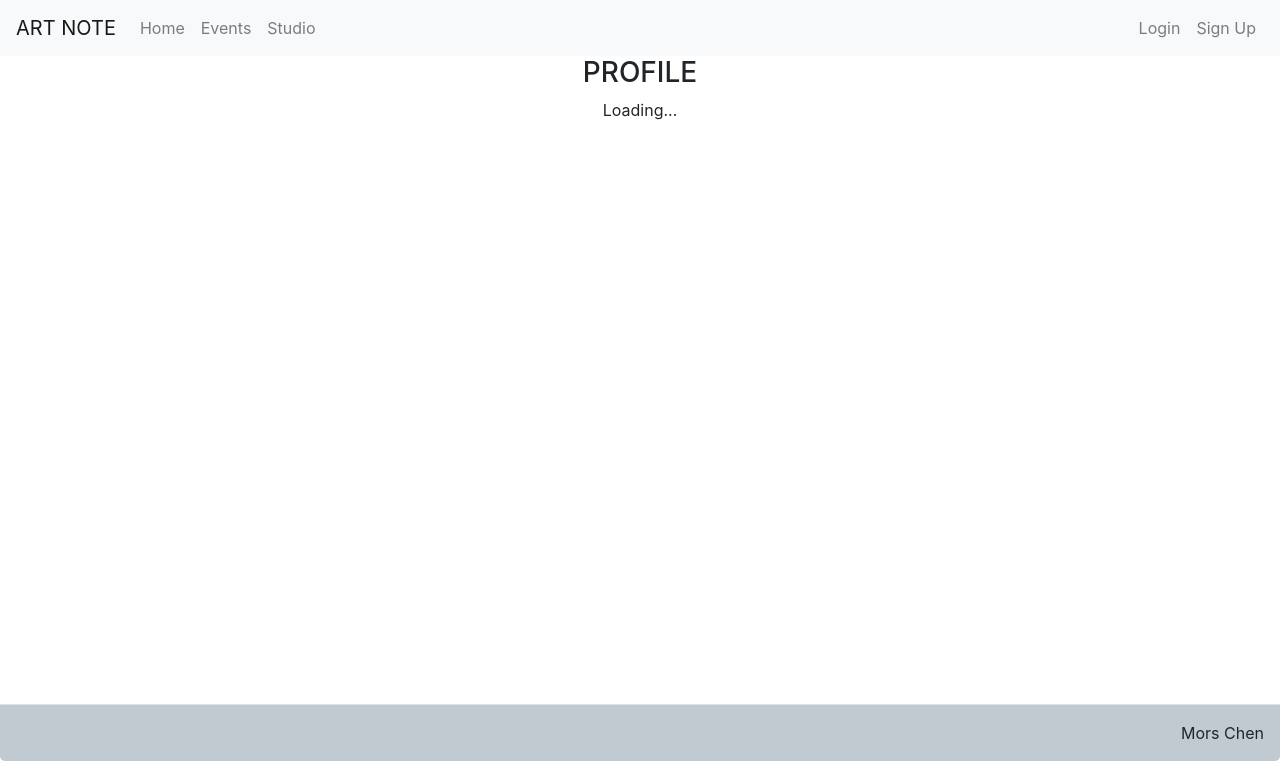
Repository: MorsChen/Final-Client
Page: /profile (app in client-app/)
The author's editor kept a copy of each file at every save. The page is drawn from the files as they stood at one save, then again after the next save.
The browser window is 1280 px wide. The pictures show the whole page.
The page's requests for data from a server got no answer. The project was rebuilt for these pictures with package versions that can differ from the ones it lists, and the page was loaded fresh each time. No one was signed in, and anything a server would have sent is missing. Also part of the build but not shown: client-app/src/page/Home.js, client-app/src/page/SignUp.js, client-app/src/page/Login.js.

Above is the page before, as saved 2019-10-01 14:59:23.

After the next save:
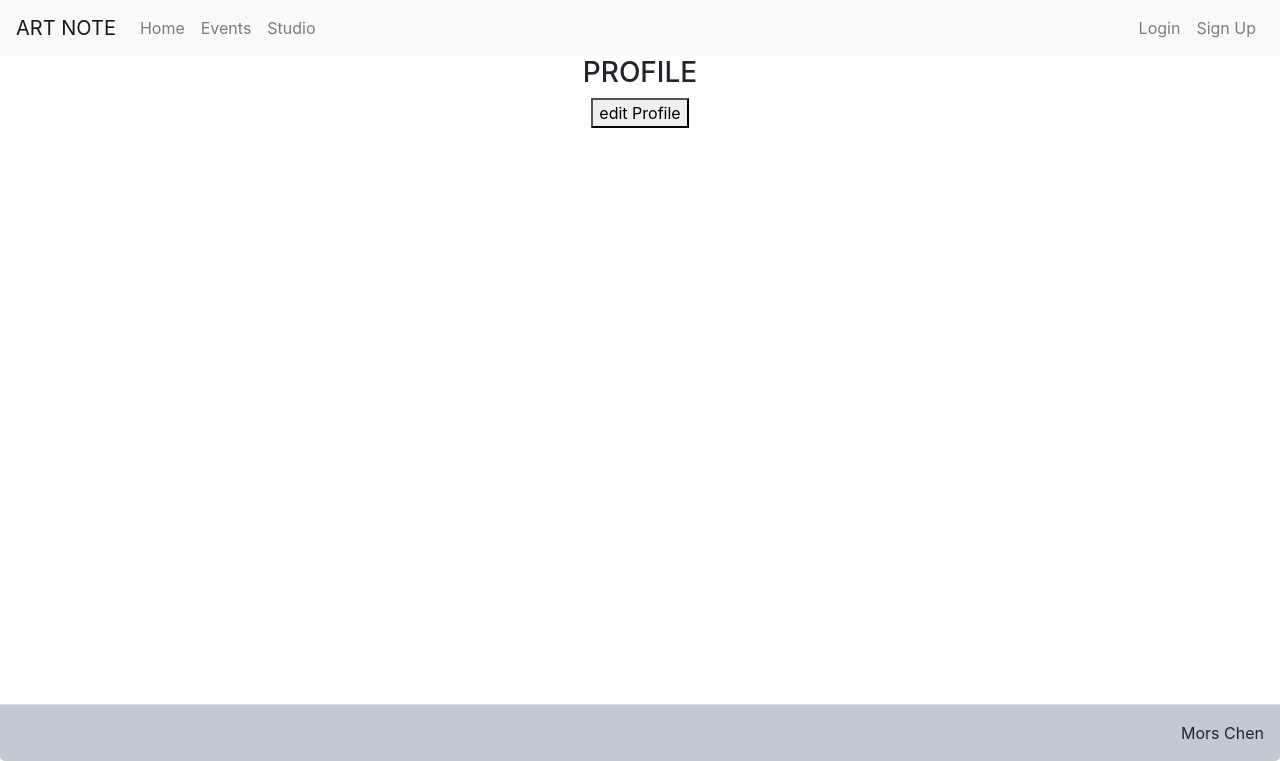
Saved 73 s later.
--- a/client-app/src/page/Profile.js
+++ b/client-app/src/page/Profile.js
@@ -1,4 +1,5 @@
 import React, {Component} from "react";
+import { Button } from "react-bootstrap";
 export default class Profile extends Component {
     constructor(props) {
         super(props);
@@ -44,13 +45,14 @@
         return [
             <div className="FullContent">
                 <h3>PROFILE</h3>
-                {this.state.isLoaded ? <> <p>User Name : {this.state.userinfo.username}</p>
+                {this.state.isUserinfo ? <> {this.state.isLoaded ? <> <p>User Name : {this.state.userinfo.username}</p>
                 <p>Full Name: {this.state.userinfo.firstname} {this.state.userinfo.lastname}</p>
                 <p>Birthday: {this.state.userinfo.birthday}</p>
                 <p>Email : {this.state.userinfo.email}</p>
                 <p>Phone: {this.state.userinfo.phone}</p>
                 <p>Address: {this.state.userinfo.address}, district {this.state.userinfo.state}, {this.state.userinfo.city} city</p>
-                <p>Zipcode : {this.state.userinfo.zipcode}</p> </> : <div>Loading...</div>}
+                <p>Zipcode : {this.state.userinfo.zipcode}</p> </> : <div>Loading...</div>} </> : <><button>edit Profile</button></>}
+
 
             </div>
         ]

After the 3 saves that followed:
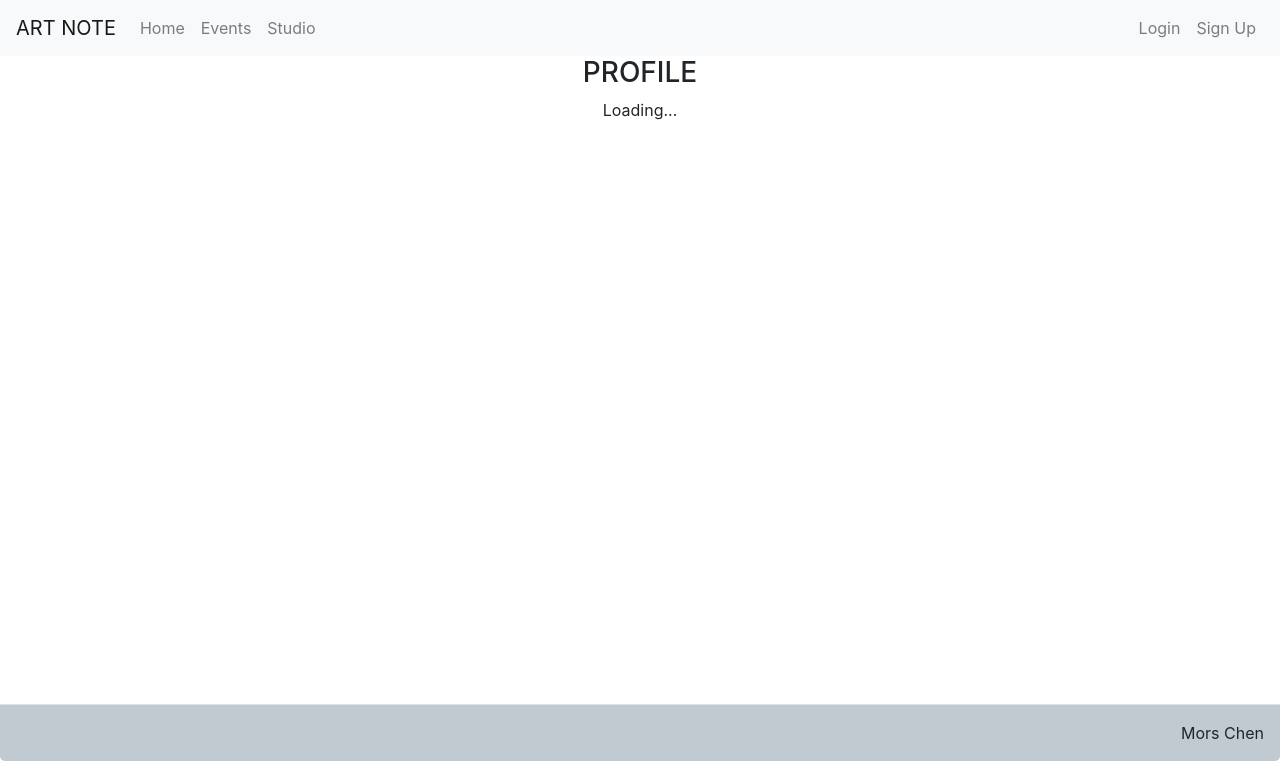
The 3 saves are shown as one change because 2 left the picture as it was.
The last was saved 2 min 9 s later.
--- a/client-app/src/page/Profile.js
+++ b/client-app/src/page/Profile.js
@@ -3,7 +3,7 @@
 export default class Profile extends Component {
     constructor(props) {
         super(props);
-        this.state = {...props, isLoaded : false, isUserinfo: false};
+        this.state = {...props, isLoaded : false, isUserinfo: true};
         console.log("check props Profile", this.state)
       }
     componentDidMount(){
@@ -36,8 +36,10 @@
                 phone: data.user.phone,
             },
                 isLoaded: true,
-                isUserinfo: true
-            })
+            });
+            if (data.user === null){
+                this.setState({isUserinfo: false})
+            }
         }
     }
     render(){
